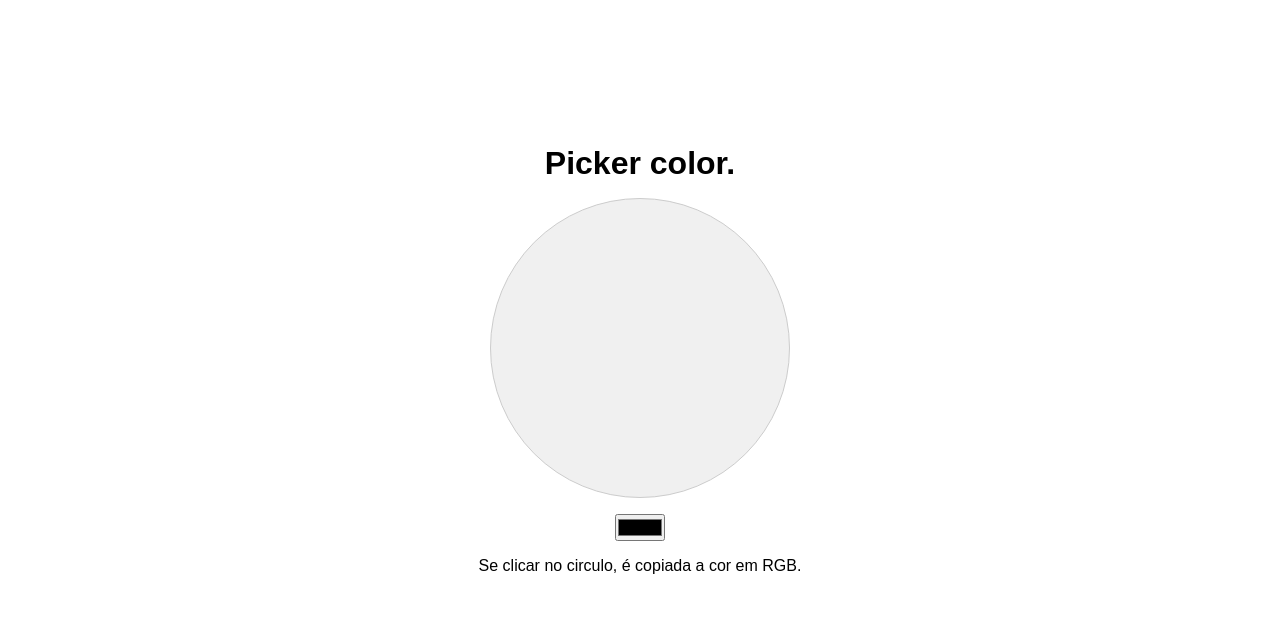
Repository: CarlosEduardoVdeOliveira/100_dias_de_codigo
Page: Dia 11/index.html
The author's editor kept a copy of each file at every save. The page is drawn from the files as they stood at one save, then again after a run of saves.
The browser window is 1280 px wide. The pictures show the whole page.
Some web fonts or font styles are not loaded; a fallback is used.

Above is the page before, as saved 2024-09-13 14:29:53.

### Dia 11/index.html
<!DOCTYPE html>
<html lang="en">
<head>
  <meta charset="UTF-8">
  <meta name="viewport" content="width=device-width, initial-scale=1.0">
  <link rel="stylesheet" href="./style.css">
  <title>Manipulando Elemento</title>
</head>
<body>
  <main>
    <h1>Picker color.</h1>
    <div class="circle"></div>
    <input type="color" name="input-shape-color" id="input-shape-color">
    <span id="text-info">Se clicar no circulo, é copiada a cor em RGB.</span>
  </main>
  <script src="./script.js"></script>
</body>
</html>

### Dia 11/style.css
@import url('https://fonts.googleapis.com/css2?family=Inria+Sans:ital,wght@0,300;0,400;0,700;1,300;1,400;1,700&display=swap');
*{
  margin: 0;
  padding: 0;
  box-sizing: border-box;
}
body{
  font-family: "Inria Sans", sans-serif;
  font-weight: 400;
}
main{
  display: flex;
  align-items: center;
  justify-content: center;
  gap: 16px;
  flex-direction: column;
  height: 100vh;
}
.circle{
  width: 300px;
  height: 300px;
  border: 1px solid #ccc;
  background-color: #f0f0f0;
  border-radius: 50%;

}
#input-shape-color{
  width: ;
}

### Dia 11/script.js
const circle = document.querySelector(".circle");
const inputColor = document.querySelector("#input-shape-color");
const textInfo = document.querySelector("#text-info")

function changeShapeCircleColor(color) {
  circle.style.background = color;
};
function changeSpanColor(color) {
  textInfo.style.color = color;
};

inputColor.addEventListener("input", () => {
  const color = inputColor.value;
  changeShapeCircleColor(color);
  changeSpanColor(color);
});

circle.addEventListener("click", () => {
  const color = getComputedStyle(circle).backgroundColor;
  return navigator.clipboard.writeText(color)
});

After the next 3 saves:
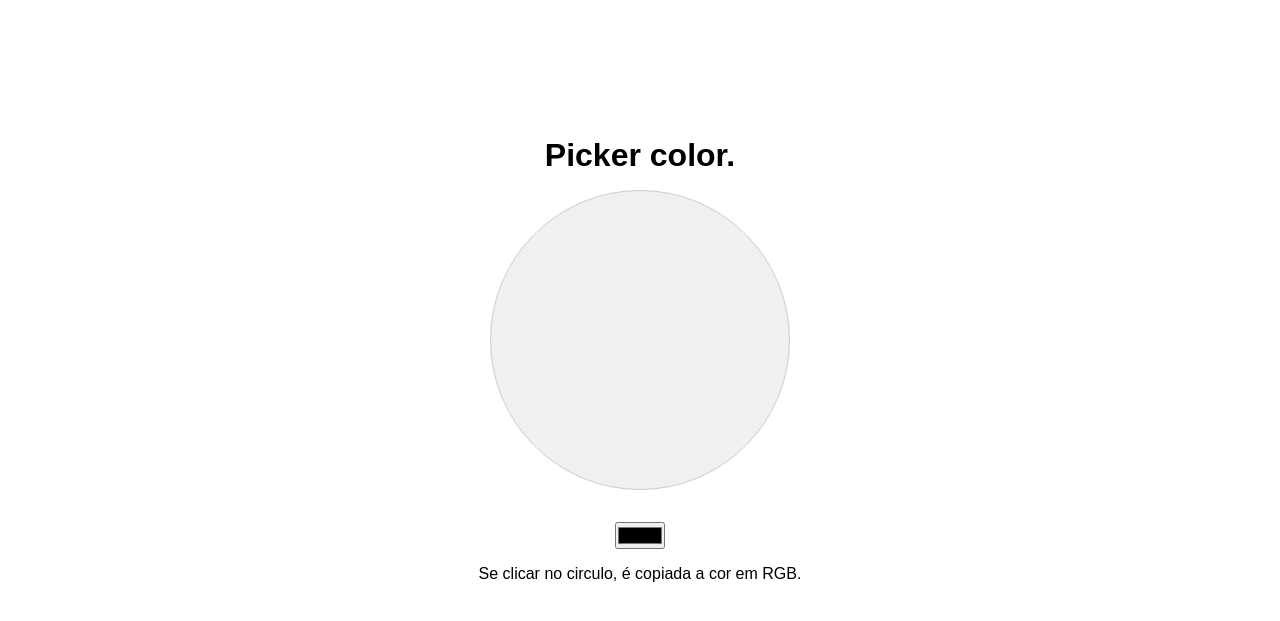
The 3 saves are shown as one change because they came seconds apart.
The last was saved 42 s later.
--- a/Dia 11/index.html
+++ b/Dia 11/index.html
@@ -10,6 +10,7 @@
   <main>
     <h1>Picker color.</h1>
     <div class="circle"></div>
+    <label for="input-shape-color"></label>
     <input type="color" name="input-shape-color" id="input-shape-color">
     <span id="text-info">Se clicar no circulo, é copiada a cor em RGB.</span>
   </main>
